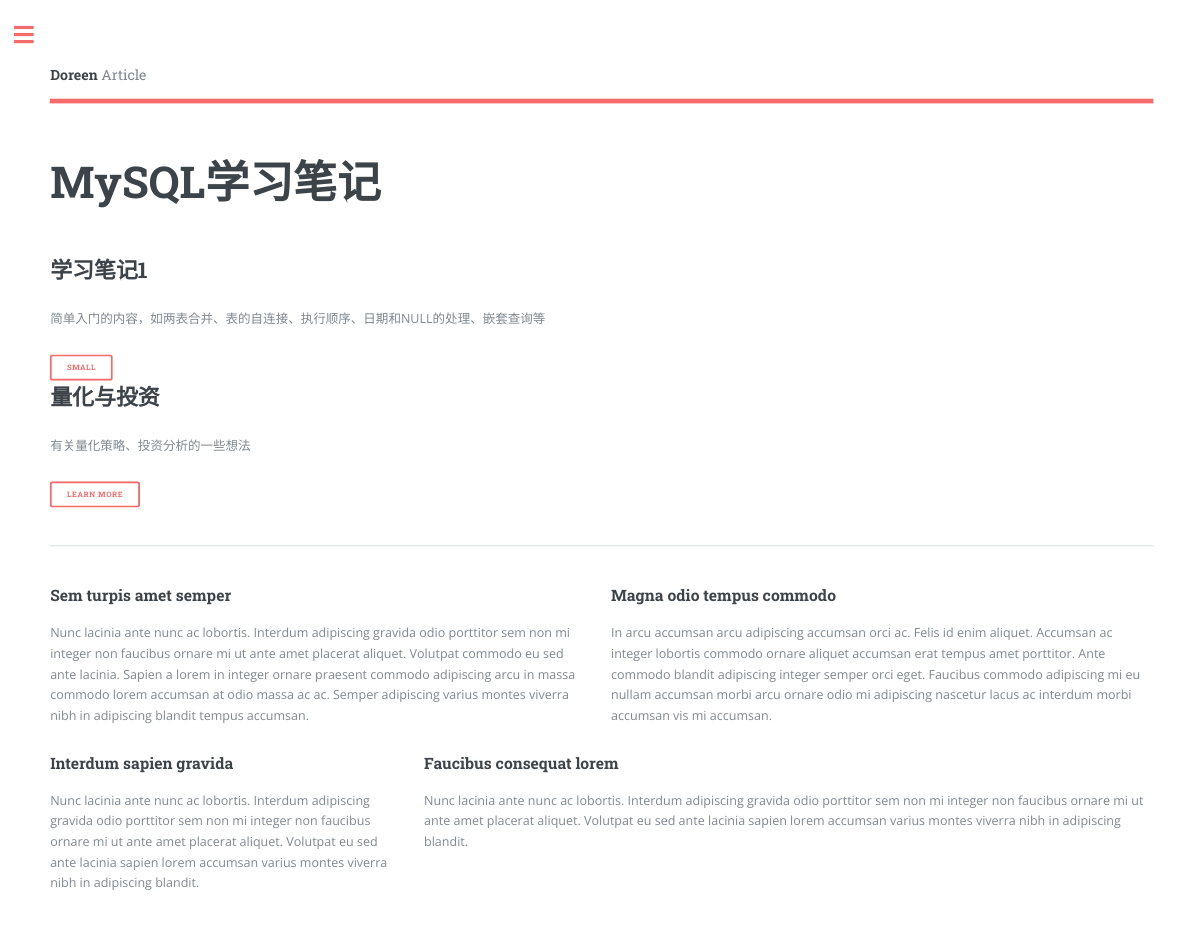
Repository: Hpz3859/Hpz3859.github.io
Page: mysql.html
The author's editor kept a copy of each file at every save. The page is drawn from the files as they stood at one save, then again after the next save.
The browser window is 1280 px wide. The pictures show the whole page, at 94% of full size.

Above is the page before, as saved 2025-03-19 14:05:13.

After the next save:
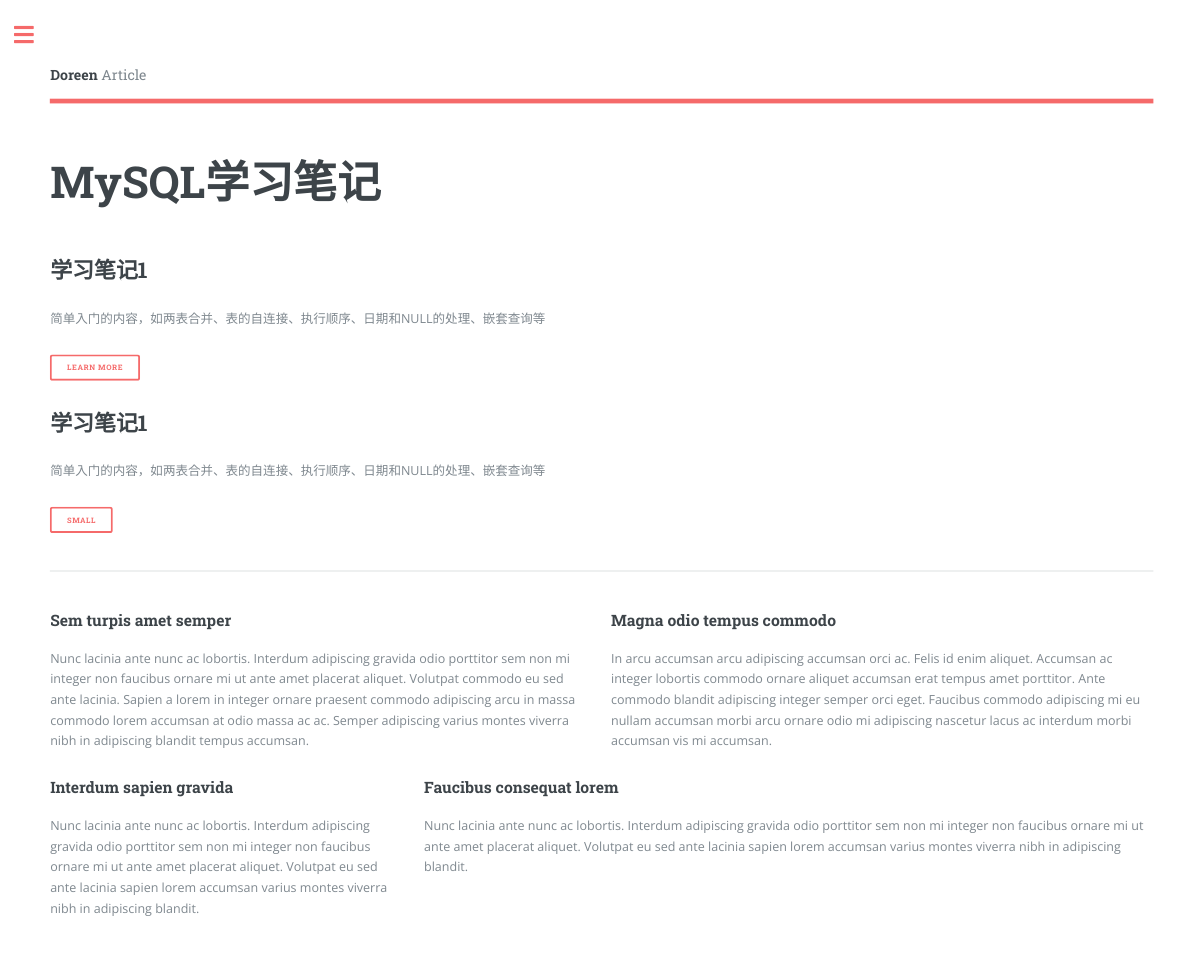
Saved 84 s later.
--- a/mysql.html
+++ b/mysql.html
@@ -40,19 +40,16 @@
 										<h1>MySQL学习笔记</h1>
 									</header>
 										<!-- Content -->
+										<div class="content">
+											<h2>学习笔记1</h2>
+											<p>简单入门的内容，如两表合并、表的自连接、执行顺序、日期和NULL的处理、嵌套查询等</p>
+											<ul class="actions">
+												<li><a href="#" class="button small">Learn More</a></li>
+											</ul>
+										</div>
 										<h2 id="content">学习笔记1</h2>
 										<p>简单入门的内容，如两表合并、表的自连接、执行顺序、日期和NULL的处理、嵌套查询等</p>
 										<a href="#" class="button small">Small</a>
-
-										<article>
-											<div class="content">
-												<h2>量化与投资</h2>
-												<p>有关量化策略、投资分析的一些想法</p>
-												<ul class="actions">
-													<li><a href="#" class="button small">Learn More</a></li>
-												</ul>
-											</div>
-										</article>
 
 										<hr class="major" />
 										<div class="row">
